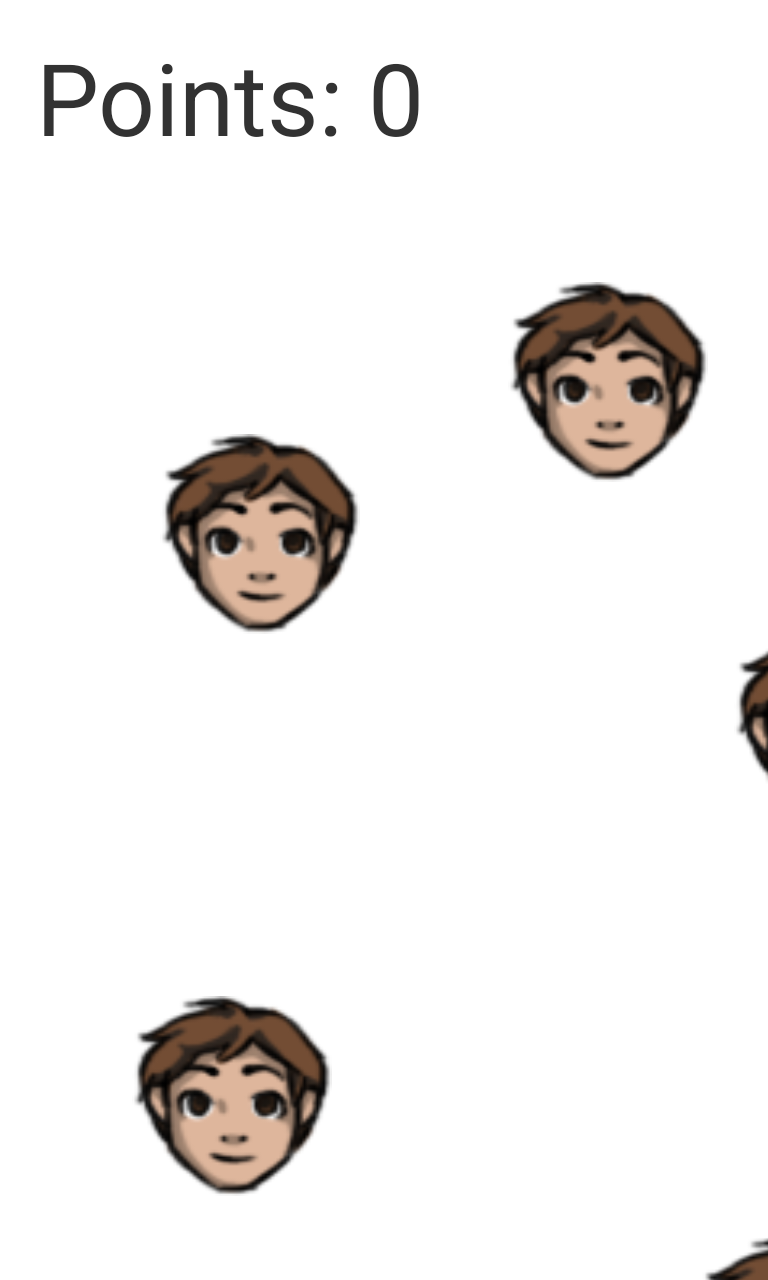
Repository: BU-HuangJ/angrybots_android_app
Layout: workspace/AngryBots/res/layout/activity_mini_game.xml
These files come from the project's save history. The layout is drawn as it stood at one moment and after the next save; the edit follows.
It is drawn on a 768 x 1280 px phone screen (xhdpi) without system bars, with theme AppTheme; the app's code is not run.

Above is the layout before, as saved 2013-04-29 17:44:56.

After the next save:
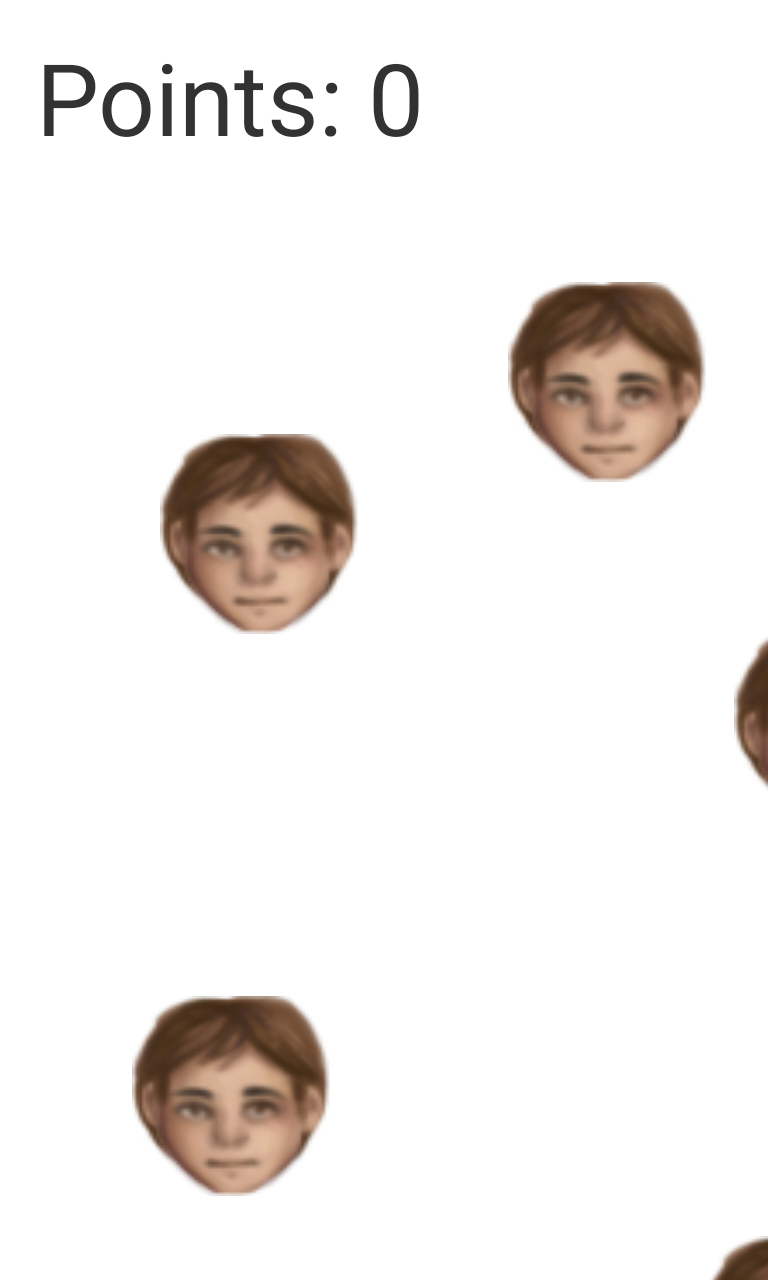
Saved 11 s later.
--- a/workspace/AngryBots/res/drawable/mgbuttons.xml
+++ b/workspace/AngryBots/res/drawable/mgbuttons.xml
@@ -1,9 +1,9 @@
 <?xml version="1.0" encoding="utf-8"?>
 <selector xmlns:android="http://schemas.android.com/apk/res/android" >
-    <item android:drawable="@drawable/human_bop"
+    <item android:drawable="@drawable/human_press2"
           android:state_pressed="true" />
-    <item android:drawable="@drawable/human_press"
+    <item android:drawable="@drawable/human_press2"
           android:state_focused="true" />
-    <item android:drawable="@drawable/human" />
+    <item android:drawable="@drawable/human2" />
 
 </selector>
